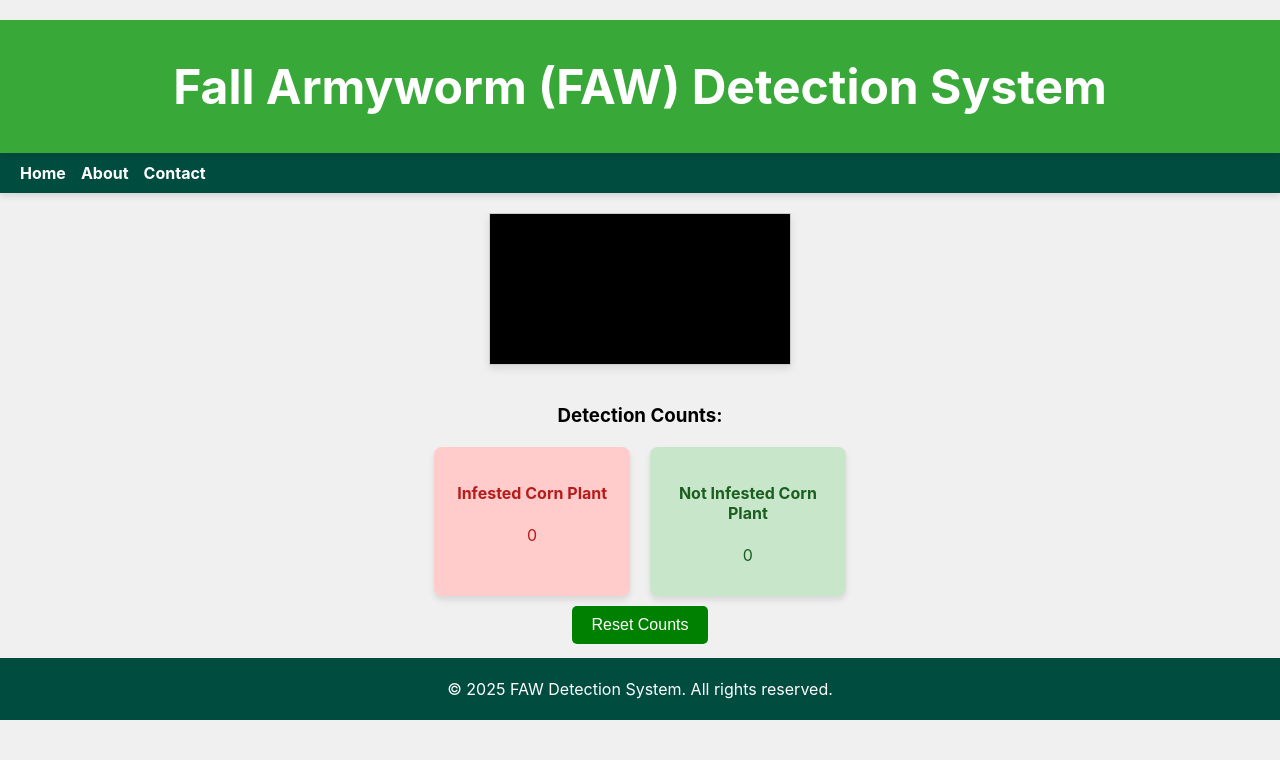
Repository: jansen223/faw-detection-main
Page: /
The author's editor kept a copy of each file at every save. The page is drawn from the files as they stood at one save, then again after the next save.
The browser window is 1280 px wide. The pictures show the whole page.
The page's requests for data from a server got no answer. The project was rebuilt for these pictures with package versions that can differ from the ones it lists, and the page was loaded fresh each time. No one was signed in, and anything a server would have sent is missing.

Above is the page before, as saved 2025-04-10 00:14:30.

### public/index.html
<!DOCTYPE html>
<html lang="en">
<head>
  <meta charset="utf-8" />
  <link rel="icon" href="%PUBLIC_URL%/maize_icon.jpg" />
  <meta name="viewport" content="width=device-width, initial-scale=1" />
  <meta name="theme-color" content="#000000" />
  <meta name="description" content="FAW Detection Web Interface" />
  <title>FAW Detection</title>
</head>
<body>
  <noscript>You need to enable JavaScript to run this app.</noscript>
  <div id="root"></div>
</body>
</html>

### src/App.js
import React, { useEffect, useRef } from 'react';
import io from 'socket.io-client';
import './App.css';

function App() {
  const canvasRef = useRef(null);
  const socketRef = useRef(null);
  const [counts, setCounts] = React.useState({ infested: 0, notInfested: 0 });

  useEffect(() => {
    // Connect to Flask server
    socketRef.current = io('http://192.168.0.17:5000');

    // Handle video frames
    socketRef.current.on('video_frame', (data) => {
      const img = new Image();
      img.src = `data:[embedded picture, 38 characters]

      img.onload = () => {
        const canvas = canvasRef.current;
        if (!canvas) return;
        const ctx = canvas.getContext('2d');
        canvas.width = img.width;
        canvas.height = img.height;
        ctx.drawImage(img, 0, 0);
      };
    });

    // Handle detection counts
    socketRef.current.on('detection_counts', (data) => {
      setCounts({
        infested: data.infested_count,
        notInfested: data.not_infested_count
      });
    });

    return () => {
      if (socketRef.current) socketRef.current.disconnect();
    };
  }, []);

  const resetCounts = async () => {
    try {
      const response = await fetch('http://192.168.0.17:5000/reset_counts', {
        method: 'POST',
      });
      const data = await response.json();
      if (data.message) {
        setCounts({ infested: 0, notInfested: 0 });
        alert(data.message);
      }
    } catch (error) {
      console.error('Error resetting counts:', error);
    }
  };

  return (
    <div className="App">
      <header className="App-header">
        <h1>Fall Armyworm (FAW) Detection System</h1>
      </header>
      <nav className="App-navbar">
        <ul>
          <li><a href="#home">Home</a></li>
          <li><a href="#about">About</a></li>
          <li><a href="#contact">Contact</a></li>
        </ul>
      </nav>
      <canvas ref={canvasRef} style={{ maxWidth: '100%', border: '1px solid #ccc' }} />
      <div style={{ marginTop: 20 }}>
        <h3>Detection Counts:</h3>
        <div className="detection-cards">
          <div className="card infested">
            <h4>Infested Corn Plant</h4>
            <p>{counts.infested}</p>
          </div>
          <div className="card not-infested">
            <h4>Not Infested Corn Plant</h4>
            <p>{counts.notInfested}</p>
          </div>
        </div>
        <button onClick={resetCounts} className="reset-button">
          Reset Counts
        </button>
      </div>
      <footer className="App-footer">
        <p>&copy; 2025 FAW Detection System. All rights reserved.</p>
      </footer>
    </div>
  );
}

export default App;

### src/App.css
.App {
  text-align: center;
  background-color: #f0f0f0;
  min-height: 100vh;
  display: flex;
  flex-direction: column;
  align-items: center;
  padding: 20px;
}

canvas {
  box-shadow: 0 4px 8px rgba(0,0,0,0.1);
  background: black; /* Shows while loading */
  margin-top: 20px;
}

.stats {
  margin-top: 20px;
  padding: 15px;
  background: white;
  border-radius: 8px;
  box-shadow: 0 2px 4px rgba(0,0,0,0.1);
}

.App-logo {
  height: 40vmin;
  pointer-events: none;
}

@media (prefers-reduced-motion: no-preference) {
  .App-logo {
    animation: App-logo-spin infinite 20s linear;
  }
}

.App-header {
  background-color: rgba(9, 151, 9, 0.795);
  color: white;
  padding: 5px 20px;
  text-align: center;
  font-size: 1.5rem;
  font-weight: bold;
  box-shadow: 0 4px 6px rgba(0, 0, 0, 0.1);
  position: sticky;
  top: 0;
  z-index: 1000;
  width: 100%;
}

.App-link {
  color: #61dafb;
}

@keyframes App-logo-spin {
  from {
    transform: rotate(0deg);
  }
  to {
    transform: rotate(360deg);
  }
}

.reset-button {
  margin-top: 10px;
  padding: 10px 20px;
  background-color: green;
  color: white;
  border: none;
  border-radius: 5px;
  cursor: pointer;
  font-size: 1rem;
  transition: background-color 0.3s ease;
}

.reset-button:hover {
  background-color: darkgreen;
}

.App-navbar {
  background-color: #004d40;
  color: white;
  padding: 10px 20px;
  display: flex;
  justify-content: space-between;
  align-items: center;
  box-shadow: 0 4px 6px rgba(0, 0, 0, 0.1);
  width: 100%;
}

.App-navbar ul {
  list-style: none;
  display: flex;
  gap: 15px;
  margin: 0;
  padding: 0;
}

.App-navbar a {
  color: white;
  text-decoration: none;
  font-weight: bold;
}

.App-navbar a:hover {
  text-decoration: underline;
}

.detection-cards {
  display: flex;
  gap: 20px;
  margin-top: 20px;
}

.card {
  padding: 15px;
  border-radius: 8px;
  box-shadow: 0 4px 6px rgba(0, 0, 0, 0.1);
  text-align: center;
  flex: 1;
  transition: transform 0.3s ease;
}

.card:hover {
  transform: scale(1.05);
}

.card.infested {
  background-color: #ffcccb;
  color: #b71c1c;
}

.card.not-infested {
  background-color: #c8e6c9;
  color: #1b5e20;
}

.App-footer {
  background-color: #004d40;
  color: white;
  padding: 5px 20px;
  text-align: center;
  position: fixed;
  bottom: 0;
  width: 100%;
}

Loaded but not shown: src/index.js (common file); src/index.css (common file); src/reportWebVitals.js (common file)

After the next save:
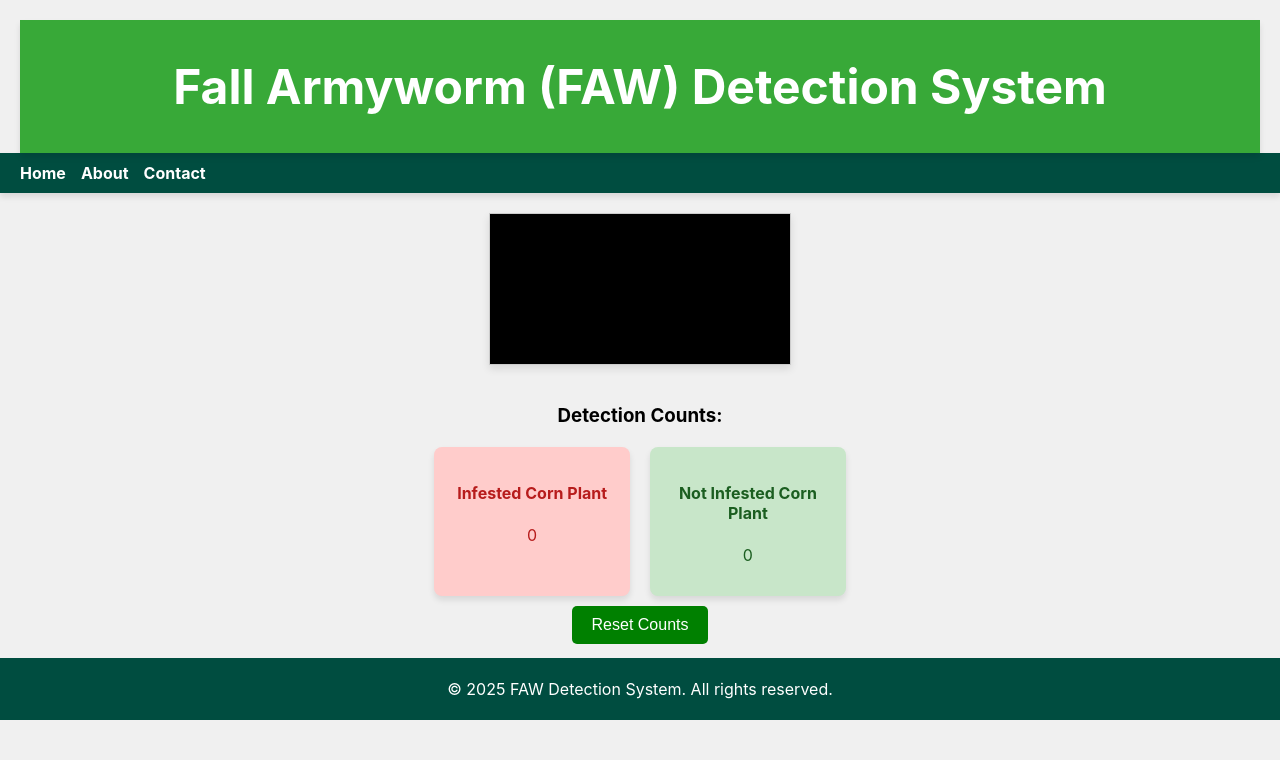
Saved 91 s later.
--- a/src/App.css
+++ b/src/App.css
@@ -1,3 +1,8 @@
+body {
+  margin: 0;
+  padding: 0;
+}
+
 .App {
   text-align: center;
   background-color: #f0f0f0;
@@ -45,6 +50,8 @@ canvas {
   top: 0;
   z-index: 1000;
   width: 100%;
+  margin: 0; /* Ensure no margin around the header */
+  box-sizing: border-box; /* Include padding in width calculation */
 }
 
 .App-link {
